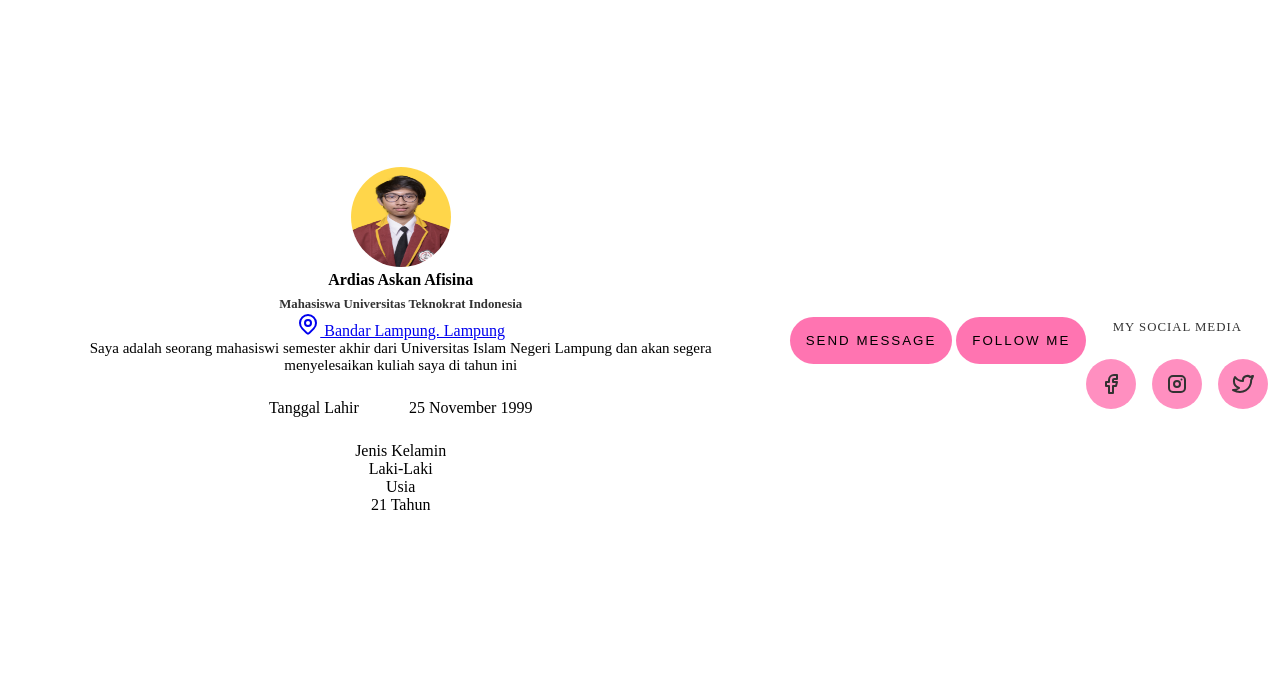
Repository: askan-ken/SMK-Telkom
Page: index.html
These files come from the project's save history. The page is drawn as it stood at one moment and after a run of saves; the edit follows.
The browser window is 1280 px wide. The pictures show the part of the page from y = 868 to 1568 px (the page is 1568 px tall).
A picture or video elsewhere on the page could not be fetched, so the positions and the page height are approximate. Some web fonts or font styles are not loaded; a fallback is used.

Above is the page before, as saved 2023-02-17 20:44:57.
Console error: ReferenceError: registerButton is not defined

### index.html
<!DOCTYPE html>
<html lang="en">

<head>
  <meta charset="UTF-8">
  <meta http-equiv="X-UA-Compatible" content="IE=edge">
  <meta name="viewport" content="width=device-width, initial-scale=1.0">
  <link rel="icon" href="https://smktelkom-lpg.sch.id/wp-content/uploads/2022/09/Logo-SMK-Telkom-Lampung-Primary-4K-White.png">
  <title>SMK Telkom Lampung</title>
  <link rel="stylesheet"
    href="https://fonts.googleapis.com/css2?family=Material+Symbols+Outlined:opsz,wght,FILL,GRAD@48,400,0,0" />
  <link rel="stylesheet" href="style.css">
</head>

<body>
  <!-- Navbar section -->
  <section>
    <div class="navbar">
      <div class="nav-container">
        <div class="nav-logo">
          <img
            src="https://smktelkom-lpg.sch.id/wp-content/uploads/2022/09/Logo-SMK-Telkom-Lampung-Primary-4K-White.png"
            alt="logo">
        </div>
        <div class="nav-links">
          <ul>
            <li><a href="#home" onclick="displayBlockHome()">Home</a></li>
            <li><a href="#gallery" onclick="displayBlockGallery()">Gallery</a></li>
            <li><a href="#login" onclick="displayBlockLogin()" id="loginButton">Login</a></li>
            <li><a href="#profile" onclick="displayBlockProfile()">Profile</a></li>
            <li><button onclick="onLogout()" id="logoutButton" class="logout">Log Out</button></li>
          </ul>
        </div>
        <div class="nav-social">
          <img src="./assets/icons8-facebook.svg" alt="">
          <img src="./assets/icons8-pinterest.svg" alt="">
          <img src="./assets/icons8-twitter.svg" alt="">
          <img src="./assets/icons8-youtube.svg" alt="">
        </div>
      </div>
    </div>
  </section>

  <!-- Home Section -->
  <section class="home active" id="home">
    <div class="home-container">
      <div class="sambutan">
        <div class="sambutan-img">
          <img src="https://smktelkom-lpg.sch.id/wp-content/uploads/2022/09/Untitled-1-500x500.png" alt="" />
        </div>
        <div class="sambutan-desc">
          <h1>SAMBUTAN KEPALA SEKOLAH</h1>
          <div class="separator" />
          <p>
            Selamat datang di website SMK Telkom Lampung yang saya tujukan
            untuk seluruh unsur pimpinan, guru, karyawan dan siswa serta
            khalayak umum guna dapat mengakses seluruh informasi tentang
            sekolah kami. Tentunya dalam penyajian informasi masih banyak
            kekurangan, oleh karena itu kepada seluruh civitas akademika dan
            masyarakat umum dapat memberikan saran dan kritik demi kemajuan
            lebih lanjut.
            <br />
            <br />
            Saya berharap Website ini dapat dijadikan wahana interaksi yang
            positif baik antar civitas akademika maupun masyarakat pada
            umumnya, sehingga dapat menjalin silaturahmi yang erat disegala
            unsur. Mari kita bekerja dan berkarya dengan mengharap ridho sang
            Kuasa dan keikhlasan yang tulus demi anak bangsa.
          </p>
          <p class="nama">– Adang Wihanda, S.T.</p>
        </div>
      </div>
    </div>
  </section>

  <!-- gallery Section -->
  <section class="gallery" id="gallery">
    <div class="gallery-container">
      <h1>Foto Gallery SMK Telkom Lampung</h1>
      <label for="file">
        <input type="file" id="myFile" multiple>
        <button id="uploadButton" onclick="uploadImage()">Upload Foto</button>
      </label>
      <div id="message"></div>
      <div id="imageContainer">
        <img class="images" src="" alt="">
      </div>
    </div>

  </section>

  <!-- Login Section -->
  <section class="login" id="login">
    <div class="login-container">
      <div class="login-top">
        <h1>Login</h1>
      </div>
      <div class="login-form">
        <form>
          <label for="username">
            <span>username</span>
            <input type="text" name="username" id="username" class="input" value="" required autofocus autocomplete="">
          </label>
          <label for="password">
            <span>password</span>
            <input type="password" name="password" id="password" class="input" value="" required autofocus
              autocomplete="admin123">
          </label>
          <div class="form-btn">
            <button  onclick="onLogin()">Sign In</button>
          </div>
        </form>
      </div>
      <!-- <div class="login-bot">
        <a href="#" id="forgot">Lupa Password</a>
        atau
        <a href="#register" id="registerBtn"">Buat Akun</a>
      </div> -->
    </div>
  </section>

  <!-- Profile Section -->
  <section class="profile" id="profile">
    <div class="profile-card">
      <figure class="profile-card-img">
          <img src="./assets/ARDIAS ASKAN - IF - DSC1960.jpg" alt="...">
      </figure>

      <div class="profile-card-desc">
          <h1>Ardias Askan Afisina</h1>
          <div>Mahasiswa Universitas Teknokrat Indonesia</div>
      </div>
      <div class="location">
          <div class="location-icon">
              <a href="https://goo.gl/maps/fq9wG67WPbkDJuN7A" target="_blank">
                <svg xmlns="http://www.w3.org/2000/svg" class="icon icon-tabler icon-tabler-map-pin"
                      width="24" height="24" viewBox="0 0 24 24" stroke-width="2" stroke="currentColor" fill="none"
                      stroke-linecap="round" stroke-linejoin="round">
                      <path stroke="none" d="M0 0h24v24H0z" fill="none"></path>
                      <circle cx="12" cy="11" r="3"></circle>
                      <path d="M17.657 16.657l-4.243 4.243a2 2 0 0 1 -2.827 0l-4.244 -4.243a8 8 0 1 1 11.314 0z">
                      </path>
                  </svg>
                  Bandar Lampung. Lampung</a>
          </div>
      </div>
      <div class="profile-card-form">
          <div class="profile-card-info">
              <p>Saya adalah seorang mahasiswi semester akhir dari Universitas Islam Negeri Lampung dan akan segera
                  menyelesaikan
                  kuliah saya di tahun ini</p>
          </div>
          <div class="profile-card__info">
              <div>
                <di>Tanggal Lahir</div>
                <di>25 November 1999</div>
              </div>
              <div>
                  <div>Jenis Kelamin</div>
                  <div>Laki-Laki</div>
              </div>
              <div>
                  <div>Usia</div>
                  <div>21 Tahun</div>
              </div>
          </div>
      </div>

      <div class="profile-card-btn">
          <button type="submit">Send Message</button>
          <button type="submit">Follow me</button>
      </div>
      <div class="profile-card-social">
          <div>My social media</div>
          <div class="div profile-card-social-btn">
              <a href="" class="facebook">
                  <svg xmlns="http://www.w3.org/2000/svg" class="icon icon-tabler icon-tabler-brand-facebook" width="24"
                      height="24" viewBox="0 0 24 24" stroke-width="2" stroke="currentColor" fill="none"
                      stroke-linecap="round" stroke-linejoin="round">
                      <path stroke="none" d="M0 0h24v24H0z" fill="none"></path>
                      <path d="M7 10v4h3v7h4v-7h3l1 -4h-4v-2a1 1 0 0 1 1 -1h3v-4h-3a5 5 0 0 0 -5 5v2h-3"></path>
                  </svg>
              </a>
              <a href="" class="instagram">
                  <svg xmlns="http://www.w3.org/2000/svg" class="icon icon-tabler icon-tabler-brand-instagram" width="24"
                      height="24" viewBox="0 0 24 24" stroke-width="2" stroke="currentColor" fill="none"
                      stroke-linecap="round" stroke-linejoin="round">
                      <path stroke="none" d="M0 0h24v24H0z" fill="none"></path>
                      <rect x="4" y="4" width="16" height="16" rx="4"></rect>
                      <circle cx="12" cy="12" r="3"></circle>
                      <line x1="16.5" y1="7.5" x2="16.5" y2="7.501"></line>
                  </svg>
              </a>
              <a href="" class="twitter"><svg xmlns="http://www.w3.org/2000/svg"
                      class="icon icon-tabler icon-tabler-brand-twitter" width="24" height="24" viewBox="0 0 24 24"
                      stroke-width="2" stroke="currentColor" fill="none" stroke-linecap="round" stroke-linejoin="round">
                      <path stroke="none" d="M0 0h24v24H0z" fill="none"></path>
                      <path
                          d="M22 4.01c-1 .49 -1.98 .689 -3 .99c-1.121 -1.265 -2.783 -1.335 -4.38 -.737s-2.643 2.06 -2.62 3.737v1c-3.245 .083 -6.135 -1.395 -8 -4c0 0 -4.182 7.433 4 11c-1.872 1.247 -3.739 2.088 -6 2c3.308 1.803 6.913 2.423 10.034 1.517c3.58 -1.04 6.522 -3.723 7.651 -7.742a13.84 13.84 0 0 0 .497 -3.753c-.002 -.249 1.51 -2.772 1.818 -4.013z">
                      </path>
                  </svg></a>
          </div>
  </div>
  </section>

  <!-- SignUp Section  -->
  <!-- <section class="register" id="register">
    <div class="register-container">
      <div class="register-top">
        <h1>register</h1>
      </div>
      <div class="register-form">
        <form action="">
          <label for="username">
            <span>username</span>
            <input type="text" name="username" id="username" class="input" value="" required autofocus autocomplete="">
          </label>
          <label for="password">
            <span>password</span>
            <input type="password" name="password" id="password" class="input" value="" required autofocus>
          </label>
          <div class="form-btn">
            <button onclick="onLogin()" id="loginButton">Sign Up</button>
          </div>
        </form>
      </div>
      <div class="register-bot">
        <a href="login" id="login-a"></a>
      </div>
    </div>
  </section> -->
  <script src="index.js"></script>
</body>

</html>

### style.css
@import url("https://fonts.googleapis.com/css2?family=Exo+2&display=swap");



* {
  margin: 0;
  padding: 0;
}

body {
  color: black;
  min-height: 100vh;
}

/* navbar start */

.navbar {
  position: fixed;
  top: 0;
  width: 100%;
}

.nav-container {
  display: flex;
  justify-content: center;
  align-items: center;
  padding: 0 4rem;
  background-color: black;
}

.nav-logo {
  flex: 2;
}

.nav-logo img {
  width: 200px;
}

.nav-links {
  flex: 5;
  display: flex;
  justify-content: center;
  align-items: center;
  width: 400px;
}

.nav-links ul {
  list-style: none;
  display: flex;
  gap: 20px;
}

.nav-links li a {
  text-decoration: none;
  color: white;
}
.logout {
  background: none;
  color: white;
  position: relative;
  right: 20px;
  cursor: pointer;
}

.nav-social {
  flex: 2;
  display: flex;
  flex-direction: row-reverse;
}

.nav-social img {
  width: 30px;
}

/* home start */

.home {
  display: block;
  transition: 0.3s;
}
.home:active {
  display: block;
}
.home-container {
  display: flex;
  justify-content: center;
  align-items: center;
  padding: 4rem 4rem;
  height: 100vh;
}

.sambutan {
  display: flex;
  flex-direction: row;
  justify-content: center;
}

.sambutan-img {
  flex: 2;
}

.sambutan-img img {
  width: 400px;
}

.sambutan-desc {
  flex: 2;
}

.separator {
  width: 40px;
  height: 2px;
  background: #666666;
}

.sambutan-desc h1 {
  padding-bottom: 1rem;
  font-size: 35px;
  color: #dd3333;
}

.sambutan-desc p {
  width: 400px;
  padding: 1rem 0;
  color: #666666;
}

.nama {
  font-weight: bold;
  font-style: italic;
}

/* Gallery sart */
.gallery {
  display: none;
}
.gallery-container {
  height: 100vh;
  display: flex;
  flex-direction: column;
  align-items: center;
  justify-content: center;
  line-height: 70px;
}

.images {
  display: grid;
  grid-template-columns: repeat(3, 1fr);
  grid-row-gap: 2rem;
  grid-column-gap: 0.77rem 0rem;
}
.images img {
  width: 300px;
}
.upload {
  font-size: 50px;
  border: 2px red solid;
  border-radius: 50%;
  color: red;
  cursor: pointer;
}
/* Login */
.login {
  display: none;
}
.login-container {
  display: flex;
  flex-direction: column;
  align-items: center;
  justify-content: center;
  height: 100vh;

}
.login-top {
  padding: 2rem 0;
}
.login-top h1 {
  font-size: 30px;
  text-transform: uppercase;
}
.login-form {
  border: 2px solid black;
  border-radius: 10px;
  height: auto;
  padding: 2rem 4rem;
}
.login-form form {
  line-height: 40px;
  padding: 2rem 0;
  width: 400px;
  display: flex;
  flex-direction: column;
}
.login-form label {
  display: flex;
  flex-direction: column;
}
.input {
  width: 400px;
  height: 30px;
  border-radius: 10px;
  border: none;
  outline: none;
  background: gray;
}
.form-btn {
  padding-top: 2rem;
  display: flex;
  justify-content: center;
}
.form-btn button {
  width: 100px;
  height: 40px;
  background: black;
  color: white;
  border: none;
  border-radius: 10px;
}
.images {
  display: grid;
  grid-template-columns: repeat(3, 1fr);
  grid-row-gap: 2rem;
  grid-column-gap: 0.77rem 0rem;
}
.images img {
  width: 300px;
}

/* Register */

.register {
  padding: 8rem 0;
}
.register-container {
  display: flex;
  flex-direction: column;
  align-items: center;
}
.register-top {
  padding: 2rem 0;
}
.register-top h1 {
  font-size: 30px;
  text-transform: uppercase;
}
.register-form {
  border: 2px solid black;
  border-radius: 10px;
  height: auto;
  padding: 2rem 4rem;
}
.register-form form {
  line-height: 40px;
  padding: 2rem 0;
  width: 400px;
  display: flex;
  flex-direction: column;
}
.register-form label {
  display: flex;
  flex-direction: column;
}
.input {
  width: 400px;
  height: 30px;
  border-radius: 10px;
  border: none;
  outline: none;
  background: gray;
}
.form-btn {
  padding-top: 2rem;
  display: flex;
  justify-content: center;
}
.form-btn button {
  width: 100px;
  height: 40px;
  background: black;
  color: white;
  border: none;
  border-radius: 10px;
}

/* Profile Card */
.profile{
  height: 100vh;
  display: flex;
  justify-content: center;
  align-items: center;
}
.profile-card {
  width: 650px;
  background: rgba(255, 255, 255, 0.5);
  padding: 4rem;
  border-radius: 10px;
  position: relative;
}

.profile-card::before {
  content: "";
  position: absolute;
  background: rgba(255, 255, 255, 0.15);
  inset: 0;
  transform: rotate(-5deg);
  z-index: -1;
  border-radius: 10px;
}

.profile-card-img img {
  border-radius: 50%;
  width: 100px;
  height: 100px;
}

.profile-card,
.profile-card-desc,
.profile-card__info {
  text-align: center;
}
.profile-card-desc a {
  font-size: 10px;
}

.ocation .location-icon {
  position: absolute;
  margin-top: 10px;
  top: 0.82rem;
  left: 1.4rem;
  font-size: 1.3rem;
  opacity: 0.5;
}

.profile-card-desc h1 {
  font-size: 1rem;
  font-weight: 600;
  margin-bottom: 0.5rem;
}
.profile-card-desc h1 + div {
  font-size: calc(1rem * 0.8);
  font-weight: 600;
  opacity: 0.8;
}

.profile-card__info {
  display: flex;
  justify-content: center;
  padding: 15px;
  margin: 10px;
  gap: 50px;
  font-size: 1rem;
}

.profile-card__info div {
  gap: 10px;
}

.profile-card-social {
  display: flex;
  flex-direction: column;
  gap: 1.5rem;
  text-align: center;
  margin-top: 3rem;
}
.profile-card-social > div {
  opacity: 0.8;
  text-transform: uppercase;
  letter-spacing: 1px;
  font-size: calc(1rem * 0.8);
}
.profile-card-social-btn {
  display: flex;
  align-items: center;
  justify-content: center;
  gap: 1rem;
}

.profile-card-social-btn a {
  display: flex;
  align-items: center;
  justify-content: center;
  color: black;
  width: 50px;
  height: 50px;
  background: #ff74b1;
  border-radius: 100px;
  transition: all 0.5s;
}

.profile-card-social-btn a:hover {
  background: #aac4ff;
  transition: scale(1.1);
}

.profile-card-info {
  display: flex;
  text-align: center;
  font-size: 15px;
  text-decoration: none;
}

button {
  background: #ff74b1;
  padding: 1rem;
  border-radius: 100px;
  text-transform: uppercase;
  letter-spacing: 2px;
  transition: background 0.5s;
  border: none;
}

button:hover {
  background: #aac4ff;
  cursor: pointer;
}

### index.js
// Import Valiable
const home = document.getElementById("home");
const gallery = document.getElementById("gallery");
const logIn = document.getElementById("login");
const usernameInput = document.getElementById("username");
const passwordInput = document.getElementById("password");
const loginButton = document.getElementById("loginButton");
const logoutButton = document.getElementById("logoutButton");
const message = document.getElementById("message");
const upload = document.getElementById("uploadButton");

logoutButton.style.display = "none";
home.addEventListener("click", displayBlockHome);
function displayBlockHome() {
  home.style.display = "block";
  gallery.style.display = "none";
  logIn.style.display = "none";
}

gallery.addEventListener("click", displayBlockGallery);
function displayBlockGallery() {
  gallery.style.display = "block";
  home.style.display = "none";
  logIn.style.display = "none";
}

logIn.addEventListener("click", displayBlockLogin);
function displayBlockLogin() {
  logIn.style.display = "block";
  home.style.display = "none";
  gallery.style.display = "none";
}

registerButton.addEventListener("click", displayBlockRegister);
function displayBlockRegister() {
  home.style.display = "none";
  logIn.style.display = "none";
  gallery.style.display = "none";
}

function onLogin() {
  localStorage.setItem("username", usernameInput.value);
  logoutButton.style.display = "block";
  if (usernameInput.value == "admin" && passwordInput.value == "admin123") {
    localStorage.setItem("role", "admin");
    loginButton.style.display = "none";
    logoutButton.style.display = "block";
    logIn.style.display = "none";
    gallery.style.display = "none";
    home.style.display = "block";
  } else {
    alert("masukan username sebagai admin dan password sebagai admin 123");
    logoutButton.style.display = "none";
    logIn.style.display = "block";
    gallery.style.display = "none";
    home.style.display = "none";
  }
}
if (localStorage.getItem("role") == "admin") {
  home.style.display = "block";
  logIn.style.display = "none";
} else {
  logIn.style.display = "none";
  register.style.display = "none";
}

function onLogout() {
  localStorage.clear();
  location.reload();
}
var input = document.getElementById("myFile");
var uploadButton = document.getElementById("uploadButton");
uploadButton.addEventListener("click", function () {
  for (var i = 0; i < input.files.length; i++) {
    var file = input.files[i];
    var reader = new FileReader();
    reader.onload = function (e) {
      localStorage.setItem(file.name, e.target.result);
    };
    reader.readAsDataURL(file);
  }
});
uploadButton.addEventListener("click", uploadImgae);
function uploadImgae() {
  message.innerText = "foto berhasil di upload, silahkan refresh halaman";
}

var imageContainer = document.getElementById("imageContainer");

for (var i = 0; i < localStorage.length; i++) {
  var key = localStorage.key(i);

  if (key.endsWith(".jpg") || key.endsWith(".png") || key.endsWith(".gif")) {
    var img = document.createElement("img");
    img.src = localStorage.getItem(key);
    img.style.width = "600px";
    img.style.height = "auto";
    img.style.padding = "0 1rem";
    img.style.borderRadius = "5px";

    imageContainer.appendChild(img);
  }
}

After the next 2 saves:
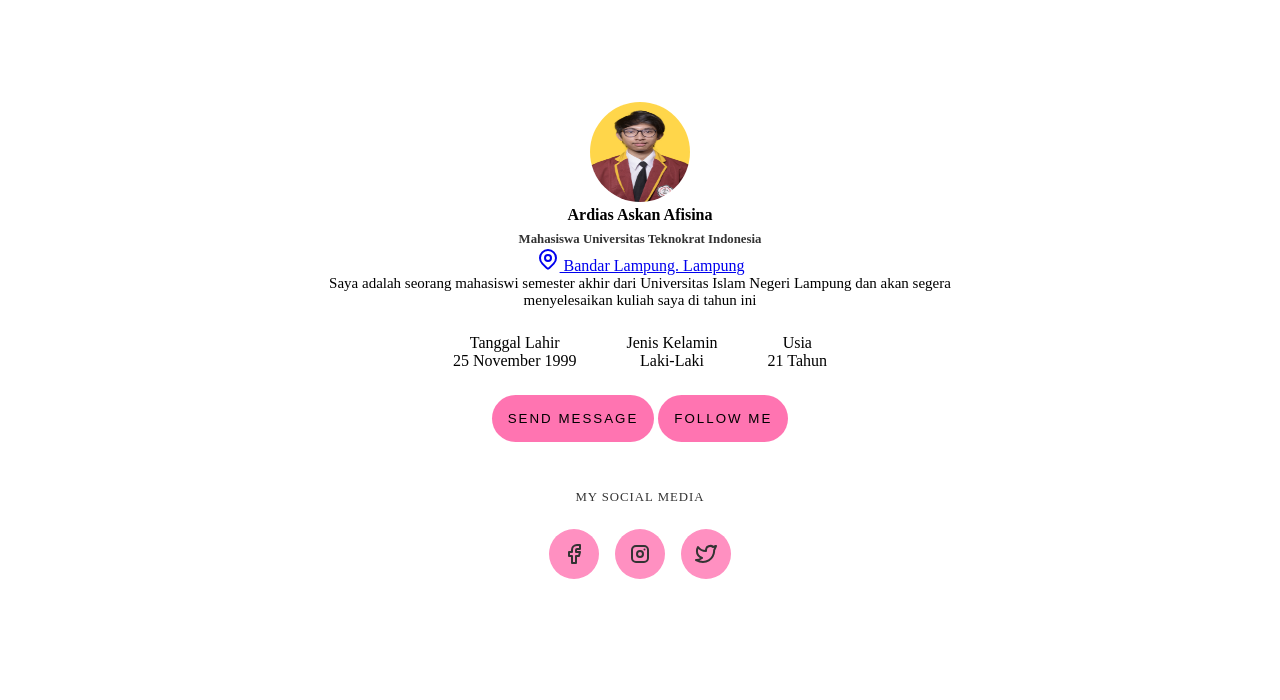
The 2 saves are shown as one change because they came seconds apart.
The last was saved 2 s later.
--- a/index.html
+++ b/index.html
@@ -152,8 +152,8 @@
           </div>
           <div class="profile-card__info">
               <div>
-                <di>Tanggal Lahir</div>
-                <di>25 November 1999</div>
+                <p>Tanggal Lahir</p>
+                <p>25 November 1999</p>
               </div>
               <div>
                   <div>Jenis Kelamin</div>
